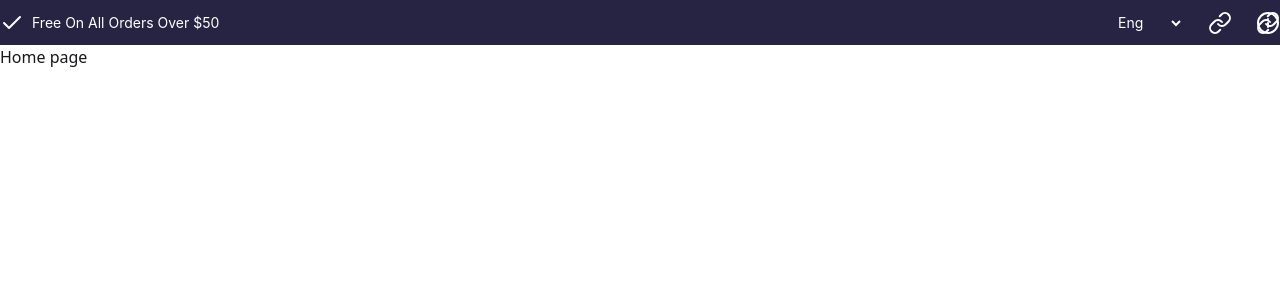
Repository: Neda0o0/store-template-website
Page: /
These files come from the project's save history. The page is drawn as it stood at one moment and after the next save; the edit follows.
The browser window is 1280 px wide. The pictures show the whole page.
The project was rebuilt for these pictures with package versions that can differ from the ones it lists, and the page was loaded fresh each time. Also part of the build but not shown: vite.config.js, src/Pages/Auth/Auth.jsx, src/Pages/Auth/Login/Login.jsx, src/Pages/Auth/Register/Register.jsx, src/Pages/Error/Error.jsx, src/AuthCheck/AuthCheck.jsx.

Above is the page before, as saved 2025-10-20 17:29:13.

After the next save:
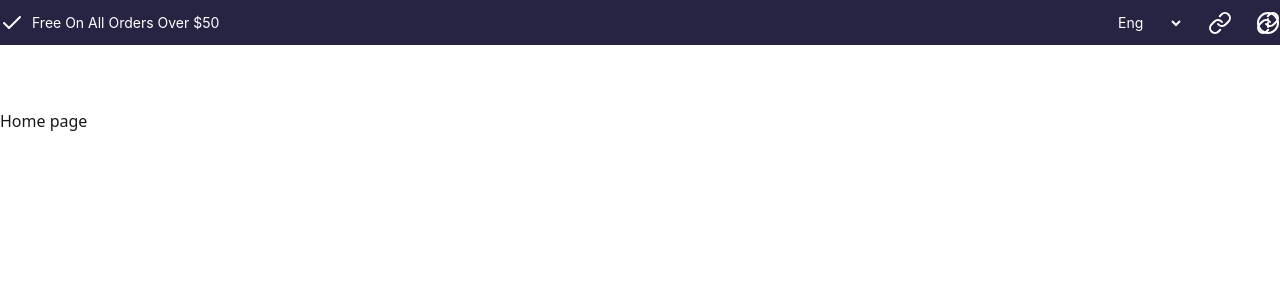
Saved 2 min 34 s later.
--- a/src/components/Navbar/Navbar.jsx
+++ b/src/components/Navbar/Navbar.jsx
@@ -34,6 +34,11 @@ const Navbar = () => {
         </div>
       </div>
       {/* navbar middle */}
+      <div className="navbar middle flex items-center justify-between">
+        <div className="lg:container">
+          <div className="logo_wrapper"></div>
+        </div>
+      </div>
     </div>
   );
 };
